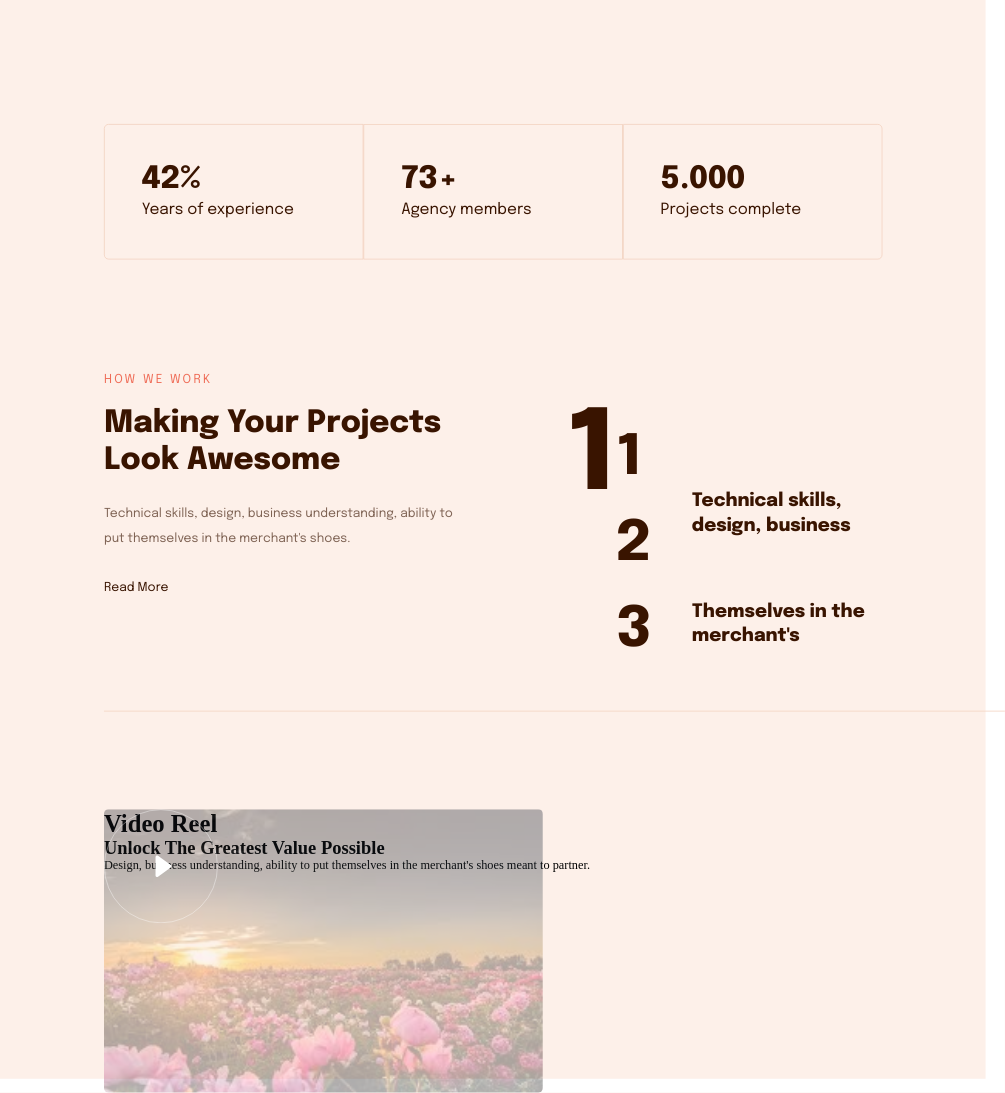
Repository: AytacJafarova/task2
Page: index.html
These files come from the project's save history. The page is drawn as it stood at one moment and after the next save; the edit follows.
The browser window is 1280 px wide. The page is 1305 px wide, so the pictures cover 1305 px, including what lies to the right of the window. The pictures show the whole page, at 77% of full size.

Above is the page before, as saved 2023-08-01 14:16:40.

After the next save:
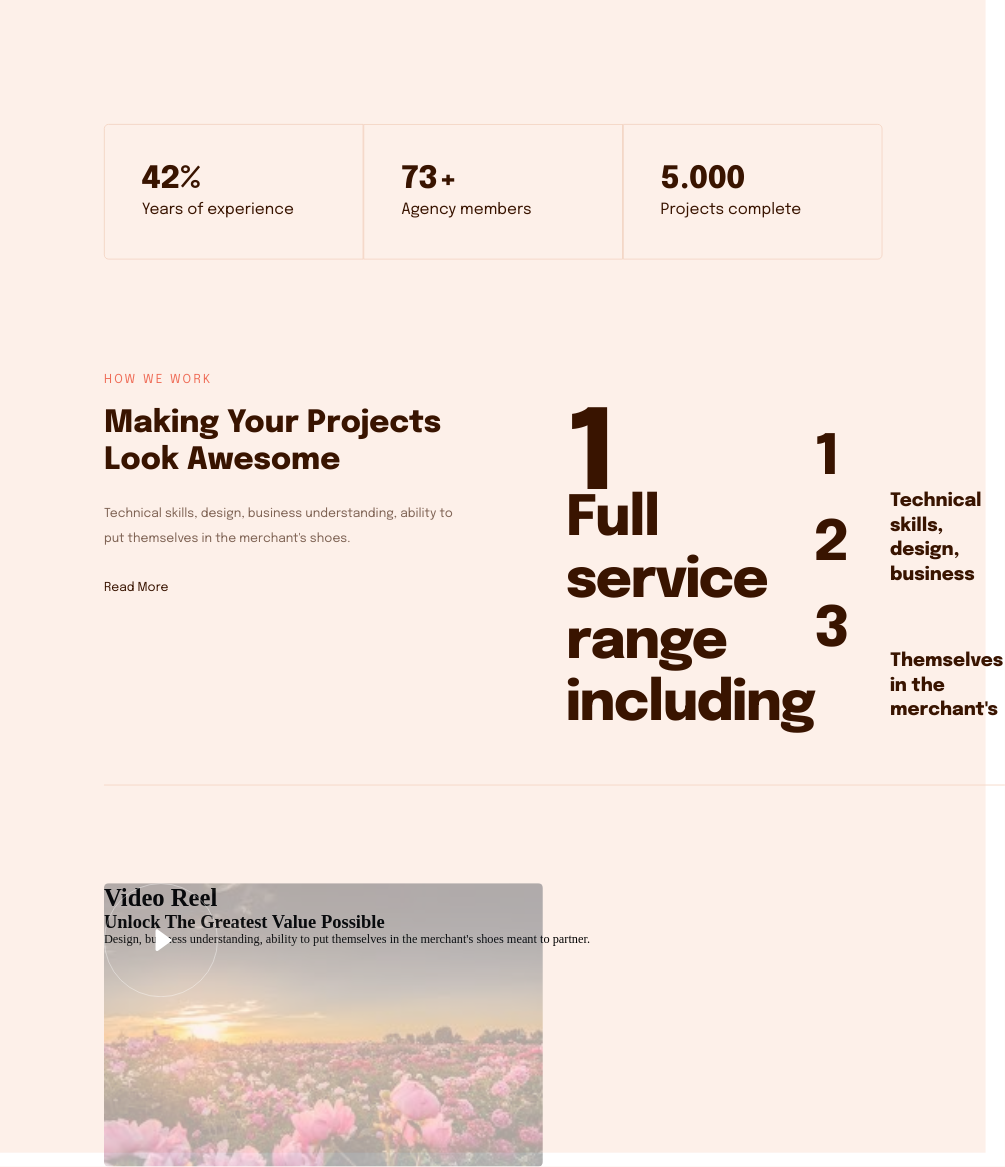
Saved 4 s later.
--- a/index.html
+++ b/index.html
@@ -40,7 +40,7 @@
                 <ul>
                     <li>
                         <h1>1</h1>
-                        <p></p>
+                        <p>Full service range including</p>
                     </li>
                 </ul>
                 <ul>
